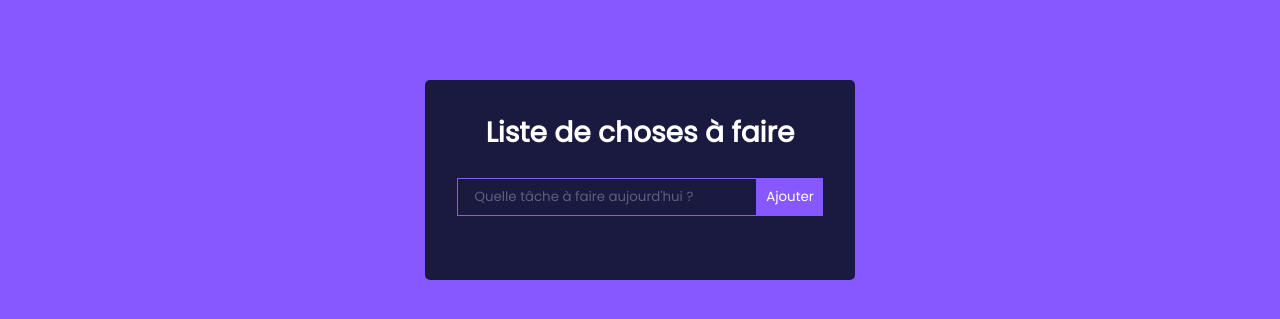
Repository: Loetitia27006/todo_list
Page: /
These files come from the project's save history. The page is drawn as it stood at one moment and after the next save; the edit follows.
The browser window is 1280 px wide. The pictures show the whole page.
The project was rebuilt for these pictures with package versions that can differ from the ones it lists, and the page was loaded fresh each time. Also part of the build but not shown: src/components/Todo.js.

Above is the page before, as saved 2023-08-18 16:02:54.

After the next save:
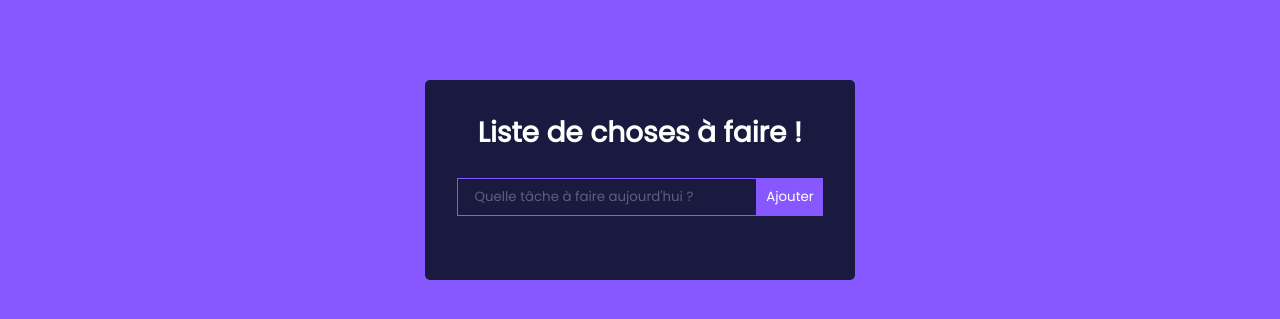
Saved 22 s later.
--- a/src/components/TodoWrapper.js
+++ b/src/components/TodoWrapper.js
@@ -16,7 +16,7 @@ export const TodoWrapper = () => {
 
   return (
     <div className="TodoWrapper">
-      <h1>Liste de choses à faire</h1>
+      <h1>Liste de choses à faire !</h1>
       <TodoForm addTodo={addTodo} />
       {todos.map((todo, index) => (
         <Todo task={todo} key={index}/>
